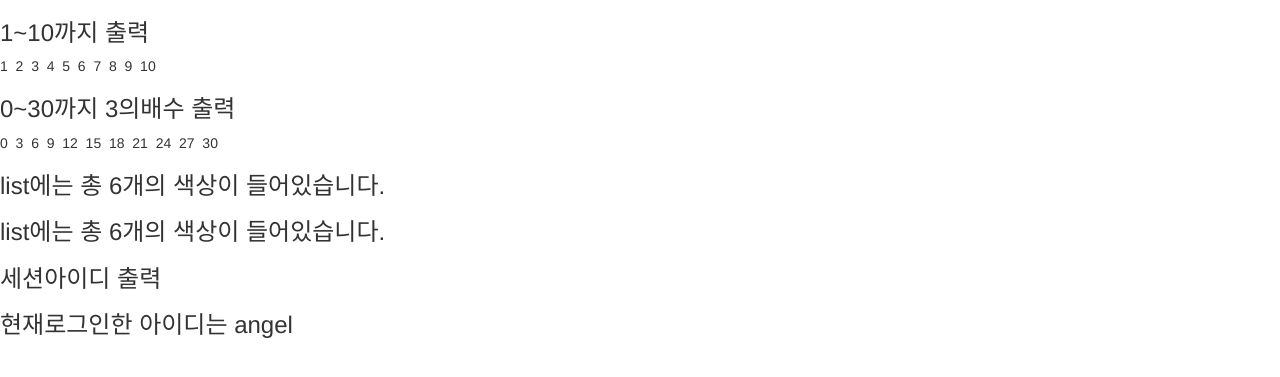
Repository: jungbee2/jungproject
Page: http://localhost/JstlProject/day0330/ex5_foreach.jsp
These files come from the project's save history. The page is drawn as it stood at one moment and after the next save; the edit follows.
The browser window is 1280 px wide. The pictures show the whole page.
Some web fonts or font styles are not loaded; a fallback is used. The page is served by Tomcat 9. Other server files are loaded and not shown.

Above is the page before, as saved 2023-03-30 02:27:46.

### JstlProject/src/main/webapp/day0330/ex5_foreach.jsp
<%@page import="java.util.List"%>
<%@page import="java.util.ArrayList"%>
<%@ page language="java" contentType="text/html; charset=utf-8"
	pageEncoding="utf-8"%>
<%@ taglib uri="http://java.sun.com/jsp/jstl/core" prefix="c"%>
<%@ taglib uri="http://java.sun.com/jsp/jstl/fmt" prefix="fmt"%>
<!DOCTYPE html>
<html>
<head>
<meta charset="utf-8">
<title>Insert title here</title>

<link
	href="https://fonts.googleapis.com/css2?family=Anton&family=Edu+VIC+WA+NT+Beginner:wght@600&family=Gamja+Flower&family=Single+Day&family=Jua&family=Nanum+Pen+Script&display=swap"
	rel="stylesheet">
<link rel="stylesheet"
	href="https://maxcdn.bootstrapcdn.com/bootstrap/3.4.1/css/bootstrap.min.css">
<script src="https://code.jquery.com/jquery-3.6.3.js"></script>

</head>

<body>
<%
	List<String> list=new ArrayList<>();

	list.add("red");
	list.add("green");
	list.add("orange");
	list.add("magenta");
	list.add("gray");
	list.add("pink");

	request.setAttribute("list", list);
	request.setAttribute("total", list.size());

	//세션에 저장
	session.setAttribute("id", "angel");

%>

<h3>1~10까지 출력</h3>
<c:forEach var="a" begin="1" end="10">
	${a }&nbsp;
</c:forEach>

<h3>0~30까지 3의배수 출력</h3>
<c:forEach var="a" begin="0" end="30" step="3">
	${a }&nbsp;
</c:forEach>

<!-- requestScope 생략가능 -->
<h3>list에는 총 ${requestScope.total }개의 색상이 들어있습니다.</h3>
<h3>list에는 총 ${total }개의 색상이 들어있습니다.</h3>

<h3>세션아이디 출력</h3>
<h3>현재로그인한 아이디는 ${sessionScope.id }</h3>
</body>
</html>

After the next save:
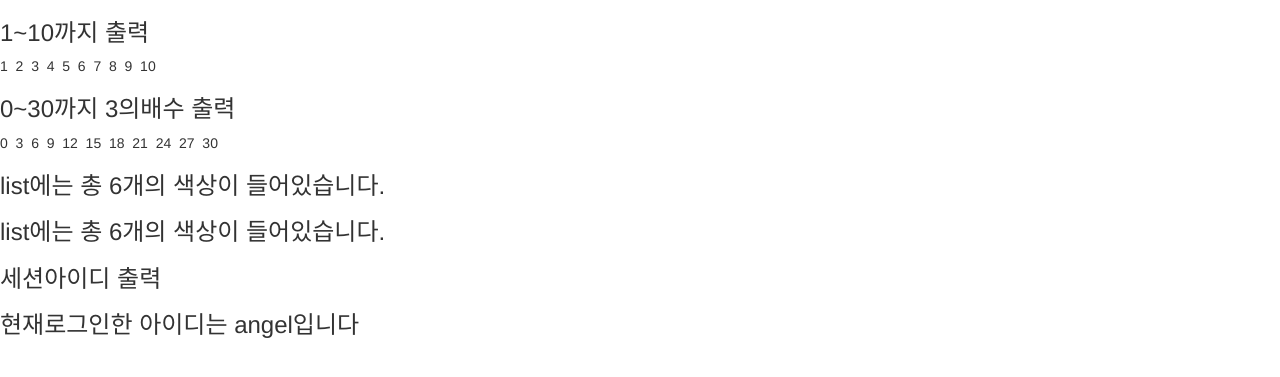
Saved 5 s later.
--- a/JstlProject/src/main/webapp/day0330/ex5_foreach.jsp
+++ b/JstlProject/src/main/webapp/day0330/ex5_foreach.jsp
@@ -53,6 +53,6 @@
 <h3>list에는 총 ${total }개의 색상이 들어있습니다.</h3>
 
 <h3>세션아이디 출력</h3>
-<h3>현재로그인한 아이디는 ${sessionScope.id }</h3>
+<h3>현재로그인한 아이디는 ${sessionScope.id }입니다</h3>
 </body>
 </html>
